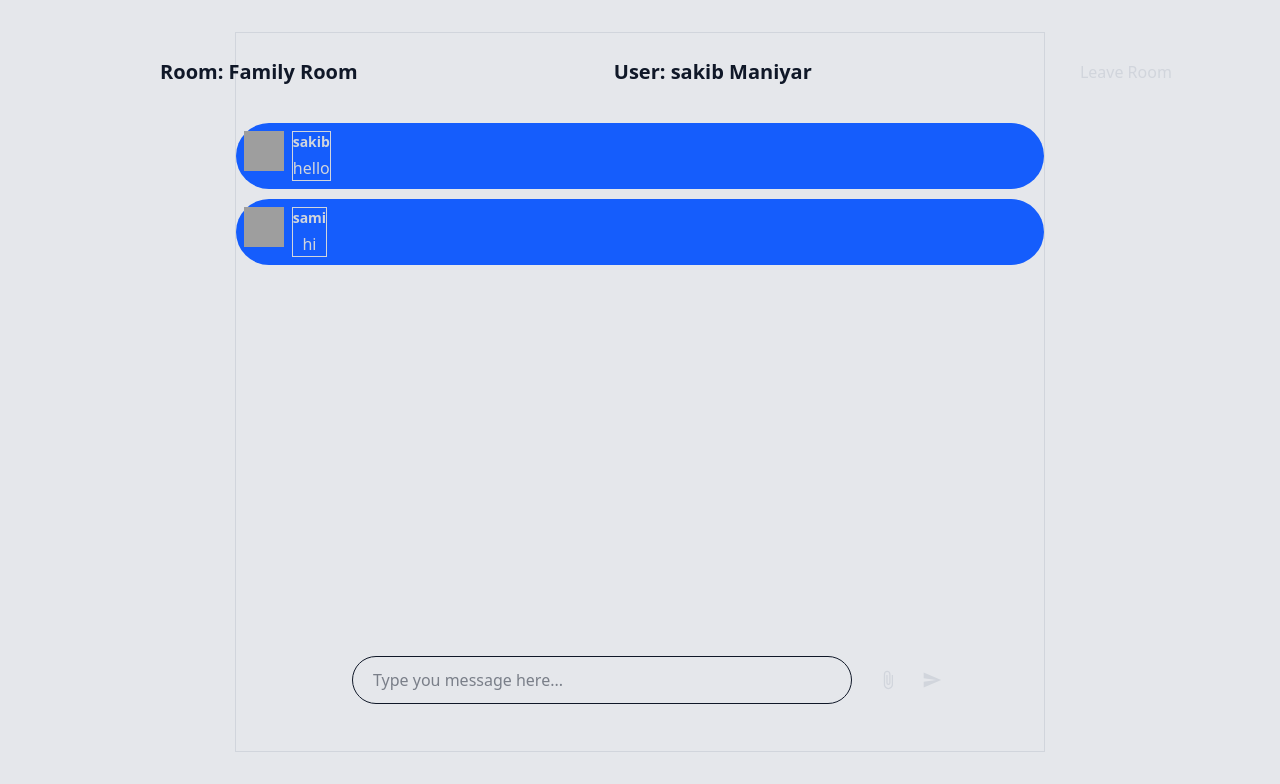
Repository: Saquib45/ChatApplication
Page: /chat (app in front-chat/)
These files come from the project's save history. The page is drawn as it stood at one moment and after the next save; the edit follows.
The browser window is 1280 px wide. The pictures show the whole page.
Pictures or frames that could not be fetched are drawn as grey boxes. The project was rebuilt for these pictures with package versions that can differ from the ones it lists, and the page was loaded fresh each time. Also part of the build but not shown: front-chat/vite.config.js, front-chat/src/components/JoinCreateChat.jsx, front-chat/src/App.jsx.

Above is the page before, as saved 2025-04-12 22:03:57.

After the next save:
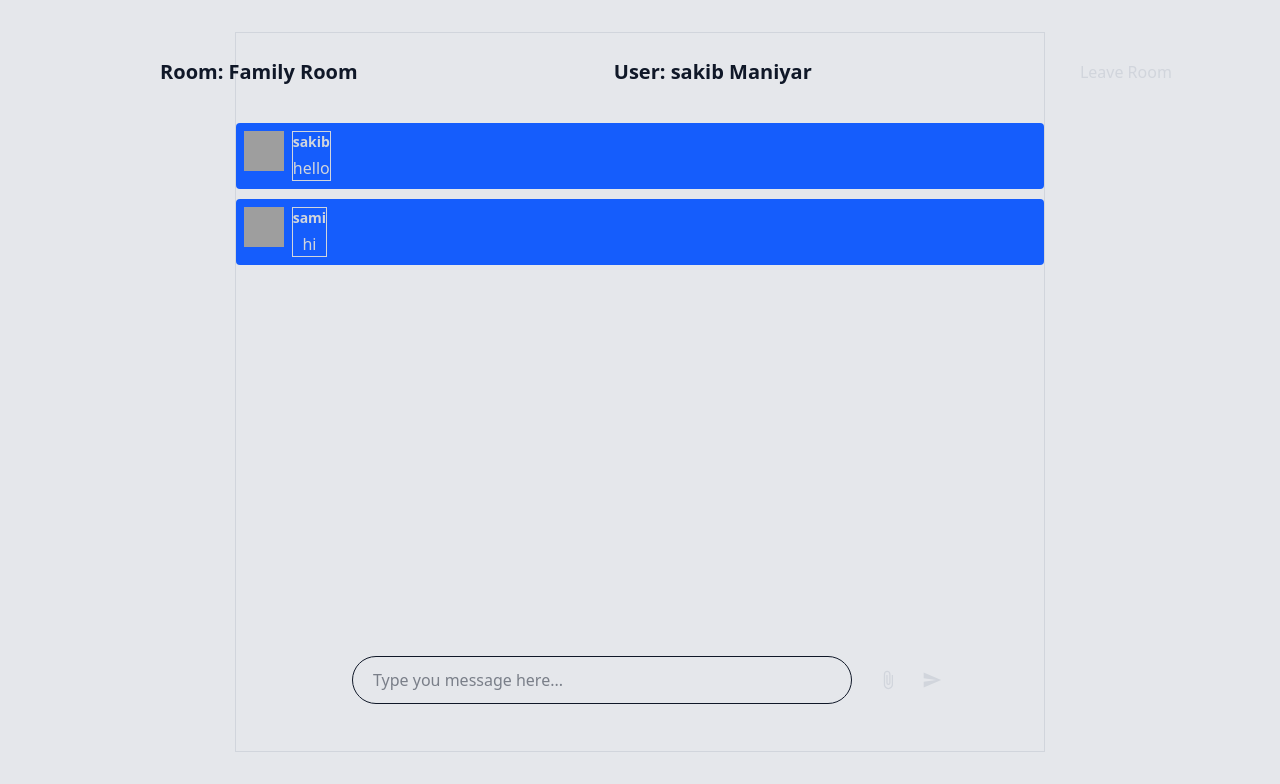
Saved 13 s later.
--- a/front-chat/src/components/ChatPage.jsx
+++ b/front-chat/src/components/ChatPage.jsx
@@ -39,7 +39,7 @@ function ChatPage() {
             <main className="py-20 border w-2/3 dark:bg-slate-600 text-gray-300  mx-auto h-screen overflow-auto">
                 {
                     messages.map((message,index)=>(
-                        <div key={index} className="my-2.5 bg-blue-600 p-2 rounded-full">
+                        <div key={index} className="my-2.5 bg-blue-600 p-2 rounded">
                             <div className="flex flex-row gap-2">
                                 <img className="h-10 w-10" src="https://avatar.iran.liara.run/public/43" alt="" />
                                 <div className="border flex flex-col gap-1">
